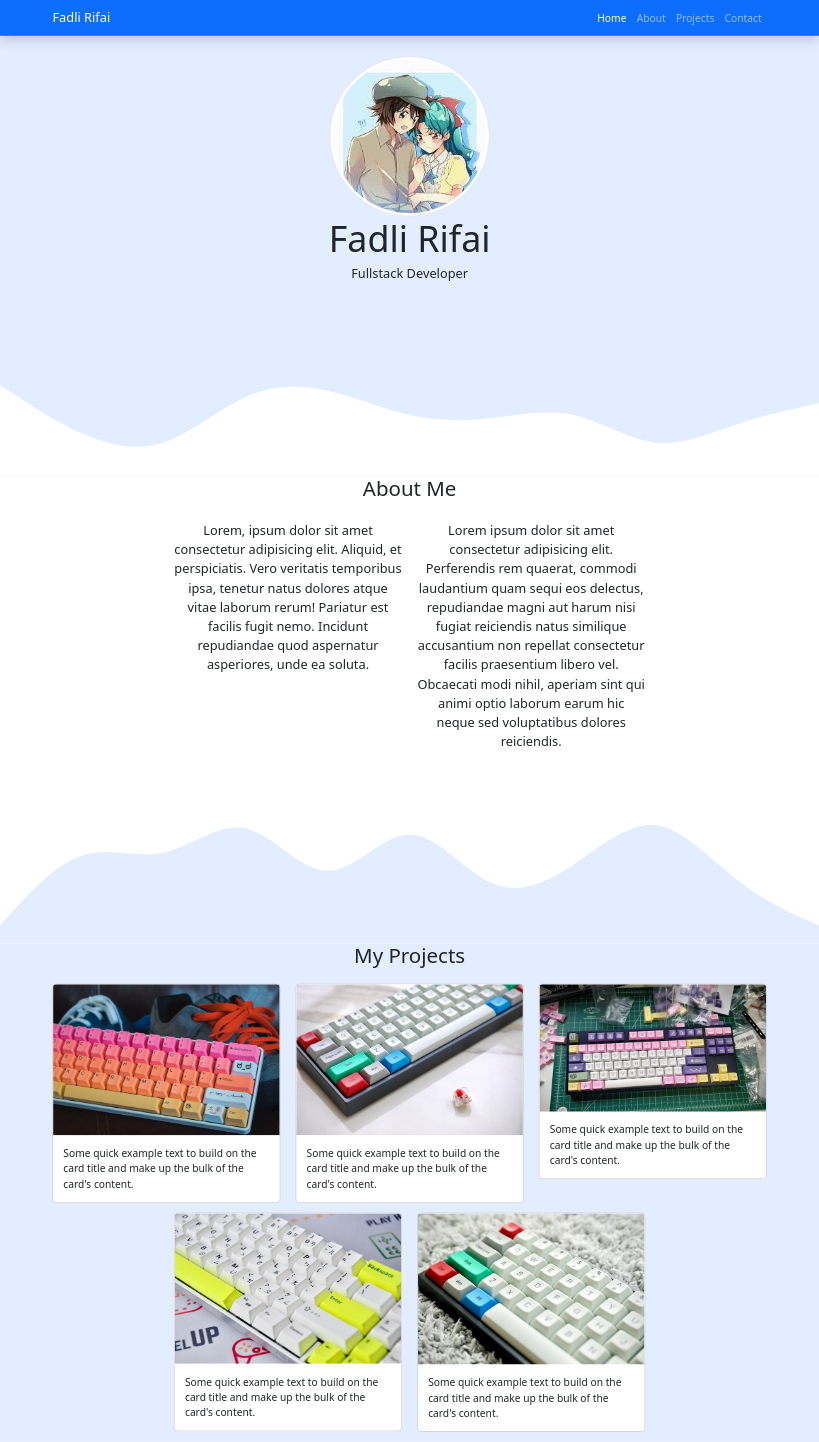
Repository: fadlyyy/fadli-dev.github.io
Page: index.html
An editor plug-in stored every save of this project. The page is shown before and after the next save, followed by the edit.
The browser window is 1280 px wide. The pictures show the whole page, at 64% of full size.
The pointer rests on the first visible `#projects .child`.

Above is the page before, as saved 2024-01-19 13:34:09.

After the next save:
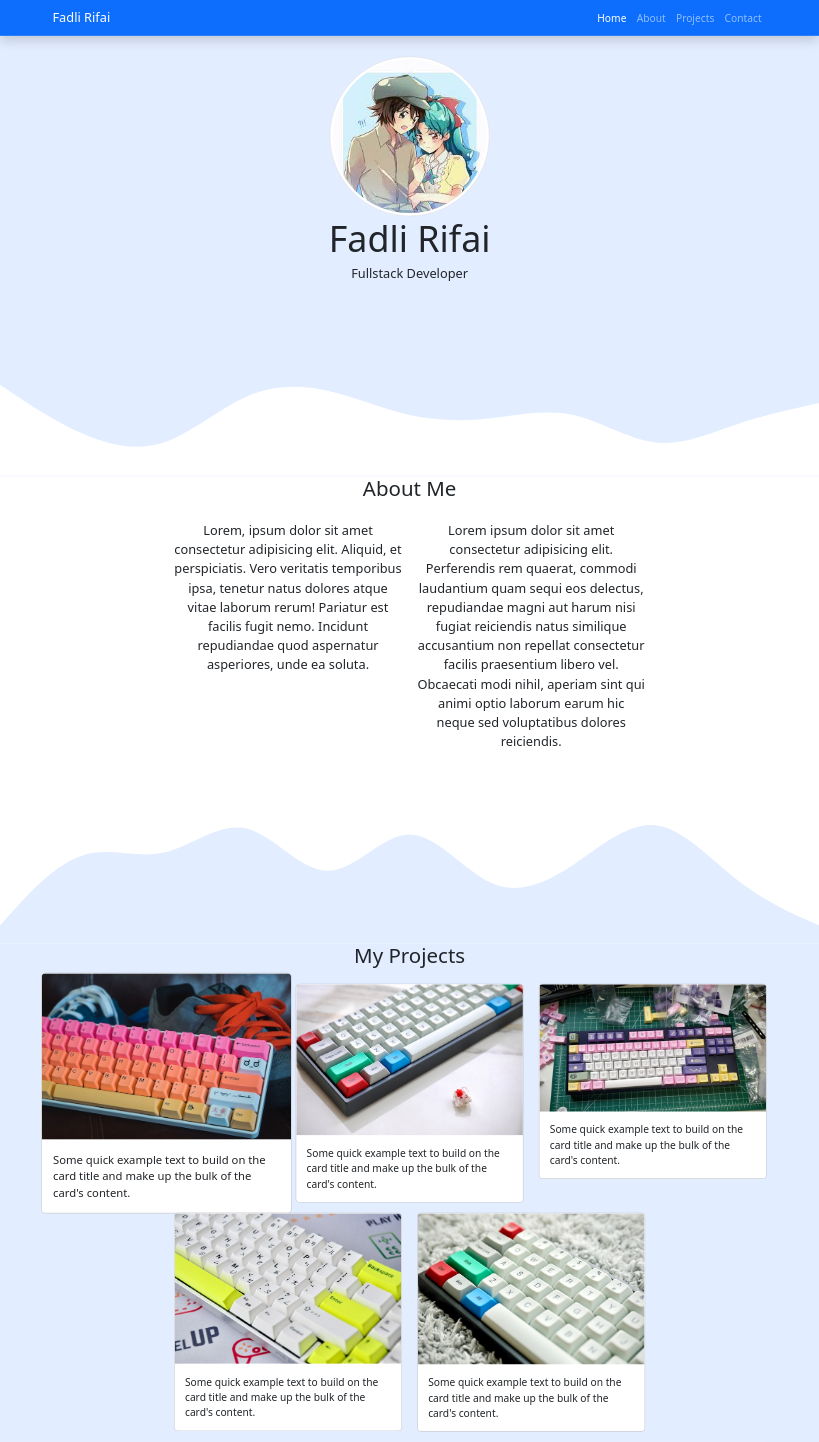
Saved 28 s later.
--- a/style.css
+++ b/style.css
@@ -10,3 +10,7 @@ body {
 #projects {
   background-color: #e2edff;
 }
+
+#projects .child:hover {
+  scale: 1.1;
+}
